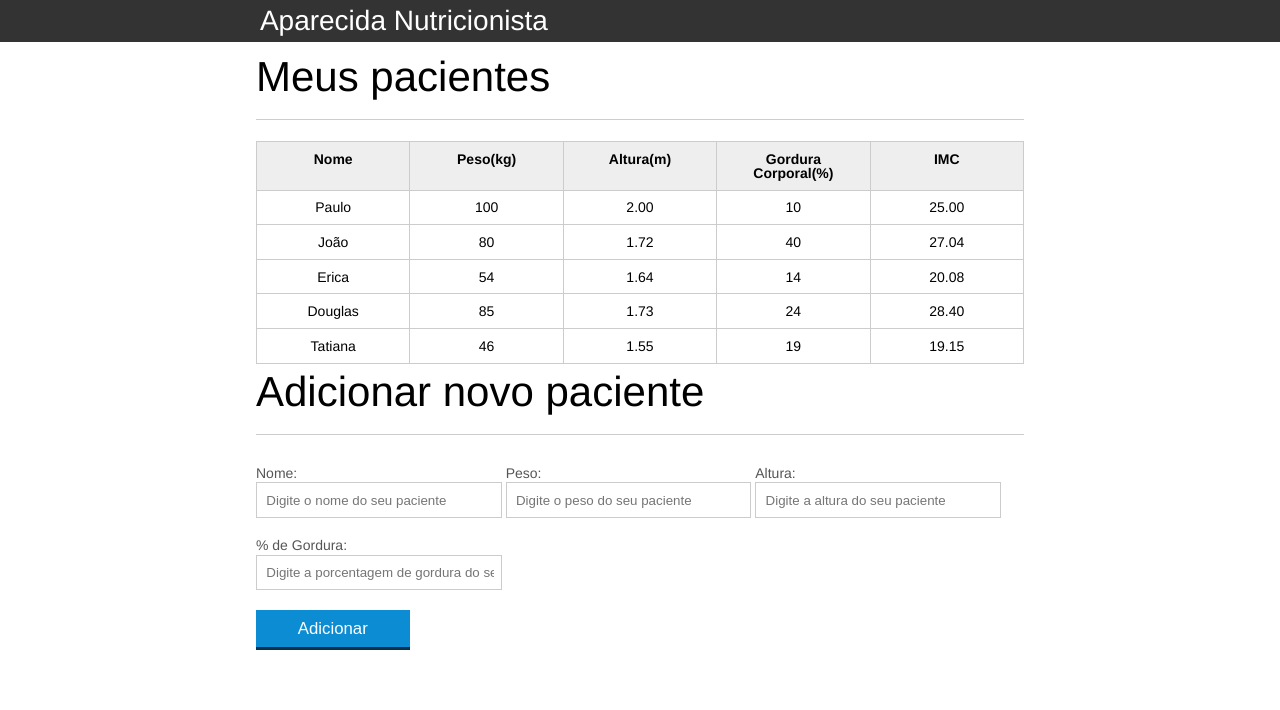
Repository: GabbLps/Controle-de-Clientes-Alura
Page: index.html
The author's editor kept a copy of each file at every save. The page is drawn from the files as they stood at one save, then again after the next save.
The browser window is 1280 px wide. The pictures show the whole page.

Above is the page before, as saved 2022-05-15 18:18:58.

### index.html
<!DOCTYPE html>
<html lang="pt-br">
	<head>
		<meta charset="UTF-8">
		<title>Aparecida Nutrição</title>
		<link rel="icon" href="favicon.ico" type="image/x-icon">
		<link rel="stylesheet" type="text/css" href="css/reset.css">
		<link rel="stylesheet" type="text/css" href="css/index.css">

	</head>
	<body>

		<header>
			<div class="container">
				<h1 class="titulo">Aparecida Nutrição</h1>
			</div>
		</header>
		<main>
			<section class="container">
				<h2>Meus pacientes</h2>
				<table>
					<thead>
						<tr>
							<th>Nome</th>
							<th>Peso(kg)</th>
							<th>Altura(m)</th>
							<th>Gordura Corporal(%)</th>
							<th>IMC</th>
						</tr>
					</thead>
					<tbody id="tabela-pacientes">
						<tr class="paciente" id="primeiro-paciente" >
							<td class="info-nome">Paulo</td>
							<td class="info-peso">100</td>
							<td class="info-altura">2.00</td>
							<td class="info-gordura">10</td>
							<td class="info-imc">0</td>
						</tr>

						<tr class="paciente" >
							<td class="info-nome">João</td>
							<td class="info-peso">80</td>
							<td class="info-altura">1.72</td>
							<td class="info-gordura">40</td>
							<td class="info-imc">0</td>
						</tr>

						<tr class="paciente" >
							<td class="info-nome">Erica</td>
							<td class="info-peso">54</td>
							<td class="info-altura">1.64</td>
							<td class="info-gordura">14</td>
							<td class="info-imc">0</td>
						</tr>

						<tr class="paciente">
							<td class="info-nome">Douglas</td>
							<td class="info-peso">85</td>
							<td class="info-altura">1.73</td>
							<td class="info-gordura">24</td>
							<td class="info-imc">0</td>
						</tr>
						<tr class="paciente" >
							<td class="info-nome">Tatiana</td>
							<td class="info-peso">46</td>
							<td class="info-altura">1.55</td>
							<td class="info-gordura">19</td>
							<td class="info-imc">0</td>
						</tr>
					</tbody>
				</table>

			</section>
		</main>

		<section class="container">
			<h2 id="titulo-form">Adicionar novo paciente</h2>
			<ul id="mensagens-erro">

			</ul>
			<form id="form-adiciona">
				<div class="grupo">
					<label for="nome">Nome:</label>
					<input id="nome" name="nome" type="text" placeholder="Digite o nome do seu paciente" class="campo">
				</div>
				<div class="grupo">
					<label for="peso">Peso:</label>
					<input id="peso" name="peso" type="text" placeholder="Digite o peso do seu paciente" class="campo campo-medio">
				</div>
				<div class="grupo">
					<label for="altura">Altura:</label>
					<input id="altura" name="altura" type="text" placeholder="Digite a altura do seu paciente" class="campo campo-medio">
				</div>
				<div class="grupo">
					<label for="gordura">% de Gordura:</label>
					<input id="gordura" type="text" placeholder="Digite a porcentagem de gordura do seu paciente" class="campo campo-medio">
				</div>

				<button id="adicionar-paciente" class="botao bto-principal">Adicionar</button>
			</form>
		</section>

		<script src="js/calcula-imc.js"></script>
		<script src="js/form.js"></script>
		<script src="js/remover-paciente.js"></script>
	</body>
</html>

### css/index.css
*{
	box-sizing: border-box;
 }

body{
	font-family: "Helvetica Neue", "Helvetica", Helvetica, Arial, sans-serif;
	font-size: 14px;
}

header{
	background-color: #333;
	height: 3em;
	color: #FFF;
	margin-bottom: 1em;
}

header h1{
	font-size: 2em;
	display:inline-block;
	vertical-align:	middle;
}
header h2{
	font-size: 2em;
	display:inline-block;
	vertical-align:	middle;
}

header .container:before{
	content: '';
	display:inline-block;
	height: 100%;
	vertical-align:	middle;
}

.container{
	width: 60%;
	height: 100%;
	margin: 0 auto;
}

section{
	margin: 2em 0;
	overflow: hidden;
}

section h2{
	font-size: 3em;
	display: block;
	padding-bottom: .5em;
	border-bottom: 1px solid #ccc;
	margin-bottom: .5em;
}

table{
	width: 100%;
	margin-bottom : .5em;
    table-layout: fixed;

}

td, th {
	padding: .7em;
	margin: 0;
	border: 1px solid #ccc;
	text-align: center;
}

th{
	font-weight: bold;
	background-color: #EEE;
}

label{
	color: #555;
	display: block;
	margin-bottom: .2em;
}

.campo{
	margin: 0;
	padding-bottom: 1em;
	width: 100%;
	border: 1px solid #ccc;
	padding: .7em;
	width: 100%;
}

.campo-medio{
	display: inline-block;
	padding-right: .5em;
}

.grupo{
	width: 32%;
	display: inline-block;
	padding: 10px 0px;
}

button{
	padding: .5em 2em;
	border: 0;
	border-bottom: 3px solid;
	font-size: 1.2em;
	cursor: pointer;
	margin: 0;
	margin-top: -3px;
	color: #fff;
	background-color:#0c8cd3;
	border-color: #04324c;
	width: 20%;
    display: block;
    clear: both;
    margin: 10px 0px;

}

button:active{
	margin-top:0px;
	border: 0;
}

button[disabled=disabled], button:disabled {
    background-color: gray;
	border-color: darkgray;

}

.adicionar-paciente{
    margin-top: 30px;
}

.campo-invalido{
	border: 1px solid red;
}

.paciente-invalido {
	background-color: lightcoral;
}

#mensagens-erro{
	color:red;
}

.fadeOut {
	opacity: 0;
	transition: 0.5s;
}

### js/calcula-imc.js
var titulo = document.querySelector(".titulo");
titulo.textContent = "Aparecida Nutricionista";

var pacientes = document.querySelectorAll(".paciente");

for(var i = 0;i < pacientes.length; i++) {

    var paciente = pacientes[i];

    var tdPeso = paciente.querySelector(".info-peso");
    var peso = tdPeso.textContent;

    var tdAltura = paciente.querySelector(".info-altura");
    var altura = tdAltura.textContent;

    var tdImc = paciente.querySelector(".info-imc");

    var pesoEhValido = validaPeso(peso); //true or false
    var alturaEhValida = validaAltura(altura); //true or false

    if(!pesoEhValido) {
        console.log("Peso inválido!")
        pesoEhValido = false;
        tdImc.textContent = "Peso inválido!"
        paciente.classList.add("paciente-invalido");
    }

    if(!alturaEhValida) {
        console.log("Altura inválida!")
        pesoEhValido = false;
        tdImc.textContent = "Altura inválida!";
        paciente.classList.add("paciente-invalido");
    }

    if(pesoEhValido && alturaEhValida) {
        var imc = calculaImc(peso,altura);
        tdImc.textContent = imc;
    }
}

function validaPeso(peso) {
    if(peso >= 0 && peso < 1000) {
        return true;
    }else{
        return false;
    }
}

function validaAltura(altura) {
    if(altura >= 0 && altura <= 3.0) {
        return true;
    } else {
        return false;
    }
}

function calculaImc(peso,altura) {
    var imc = 0;

    imc = peso / (altura*altura);

    return imc.toFixed(2);
}

### js/form.js
var botaoAdicionar = document.querySelector("#adicionar-paciente");
botaoAdicionar.addEventListener("click", function(event) {
    event.preventDefault();

    var form = document.querySelector("#form-adiciona");
    var paciente = obtemPacienteDoFormulario(form);

    var pacienteTr = montaTr(paciente);

    var erros = validaPaciente(paciente);
    console.log(erros);

    if(erros.length > 0){
        exibeMensagensDeErro(erros);
        return;
    }

    //  Adicionando paciente na tabela
    var tabela = document.querySelector("#tabela-pacientes");

    tabela.appendChild(pacienteTr);
    form.reset();

    // Apagar conteudo de dentro da UL que contem os erros
    var mensagensErro = document.querySelector("#mensagens-erro");
    mensagensErro.innerHTML = "";
});

    function exibeMensagensDeErro(erros) {
        var ul = document.querySelector("#mensagens-erro");
        ul.innerHTML = "";
        erros.forEach(function(erro){
            var li = document.createElement("li");
            li.textContent = erro;
            ul.appendChild(li);
        });
    }

function obtemPacienteDoFormulario(form) {

    var paciente = {
        nome: form.nome.value,
        peso: form.peso.value,
        altura: form.altura.value,
        gordura: form.gordura.value,
        imc: calculaImc(form.peso.value, form.altura.value)
    }
    return paciente;
}

function montaTr(paciente){
    var pacienteTr = document.createElement("tr");  // Cria uma tr
    pacienteTr.classList.add("paciente");

    pacienteTr.appendChild(montaTd(paciente.nome, "info-nome"));   // Adiciona nomeTd dentro da Tr
    pacienteTr.appendChild(montaTd(paciente.peso, "info-peso"));
    pacienteTr.appendChild(montaTd(paciente.altura, "info-altura"));
    pacienteTr.appendChild(montaTd(paciente.gordura, "info-gordura"));
    pacienteTr.appendChild(montaTd(paciente.imc, "info-imc"));

    return pacienteTr;
}

function montaTd(dado,classe) {
    var td = document.createElement("td");  // Cria uma  td
    td.textContent = dado;   //  Adiciona um valor para essa td
    td.classList.add(classe); // Adiciona a classe no Td
    return td;
}

function validaPaciente(paciente) {

    var erros = [];

    if(paciente.nome.length == 0) {
        erros.push("O nome não pode ser em branco.");
    }

    if(!validaPeso(paciente.peso)){
        erros.push("Peso inválido!");
    }

    if(!validaAltura(paciente.altura)){
        erros.push("Altura inválida!");
    }

    if(paciente.gordura.length == 0) {
        erros.push("A gordura não pode ser em branco.");
    }

    if(paciente.peso.length == 0) {
        erros.push("O peso não pode ser em branco.");
    }

    if(paciente.altura.length == 0) {
        erros.push("A altura não pode ser em branco.");
    }
    return erros;
}

### js/remover-paciente.js
var pacientes = document.querySelectorAll(".paciente");

var tabela = document.querySelector("#tabela-pacientes");

tabela.addEventListener("dblclick", function(e){
    e.target.parentNode.classList.add("fadeOut");

    setTimeout(function(){
        e.target.parentNode.remove();
    }, 500);

      // e. target = o filho que é clicado
});  // parentNode é o pai dele.     e.target = alvoDoEvento e o parentNode = o pai dele.

/*
pacientes.forEach(function(paciente){
    paciente.addEventListener("dblclick", function(){
        console.log("Fui clicado com um duplo clique!");
        this.remove();  // this = quem for clicado ou recebe a ação/evento.
    });
});
*/

Loaded but not shown: css/reset.css (common file)

After the next save:
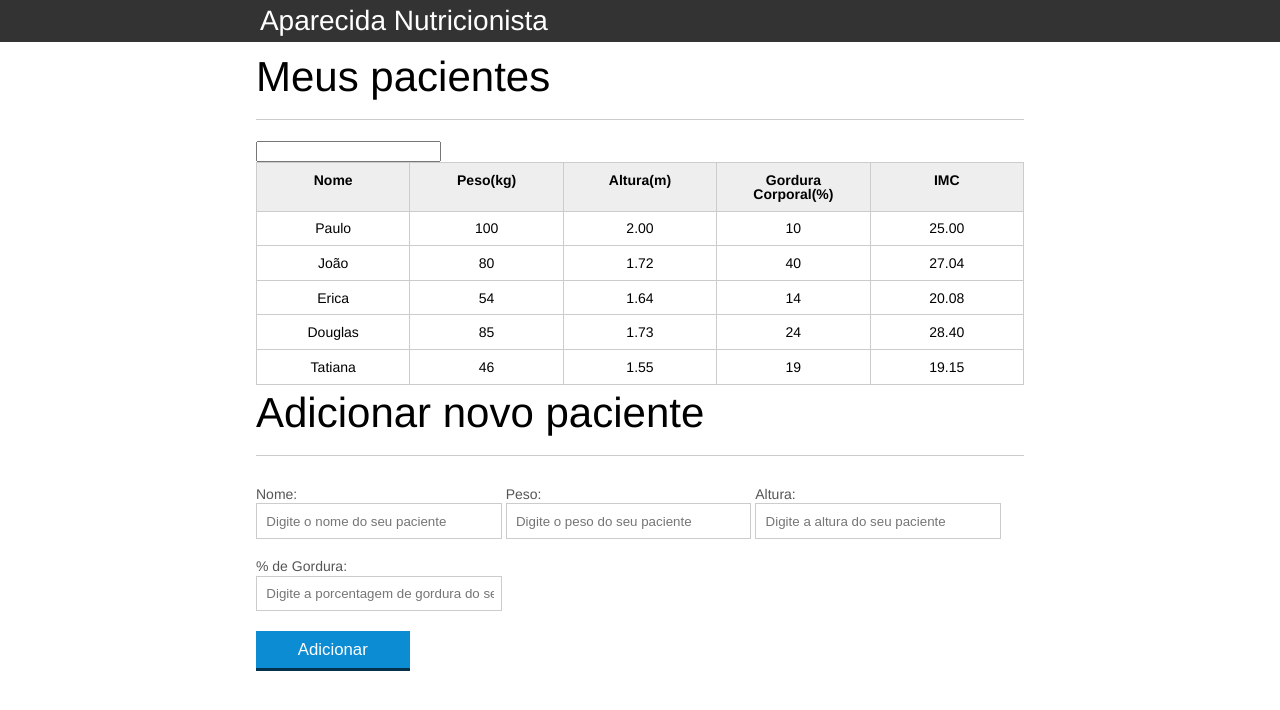
Saved 23 min 26 s later.
--- a/index.html
+++ b/index.html
@@ -18,6 +18,8 @@
 		<main>
 			<section class="container">
 				<h2>Meus pacientes</h2>
+
+				<input type="text" name="search" value="">
 				<table>
 					<thead>
 						<tr>
